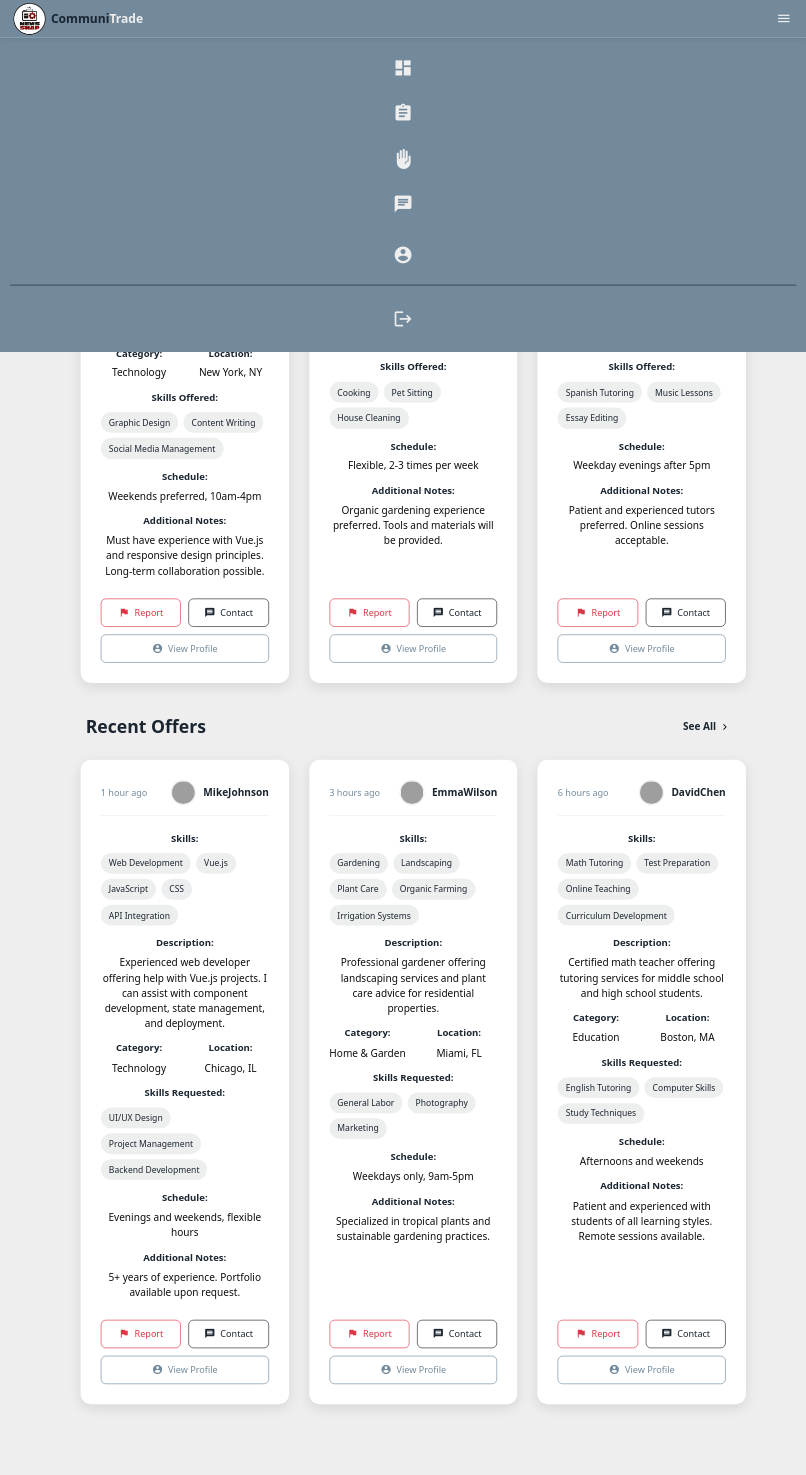
Repository: wholaanmo/news-snap
Page: /
The author's editor kept a copy of each file at every save. The page is drawn from the files as they stood at one save, then again after the next save.
The browser window is 1280 px wide. The pictures show the whole page, at 63% of full size.
Pictures or frames that could not be fetched are drawn as grey boxes. The project was rebuilt for these pictures with package versions that can differ from the ones it lists, and the page was loaded fresh each time.

Above is the page before, as saved 2025-09-30 23:49:37.

After the next save:
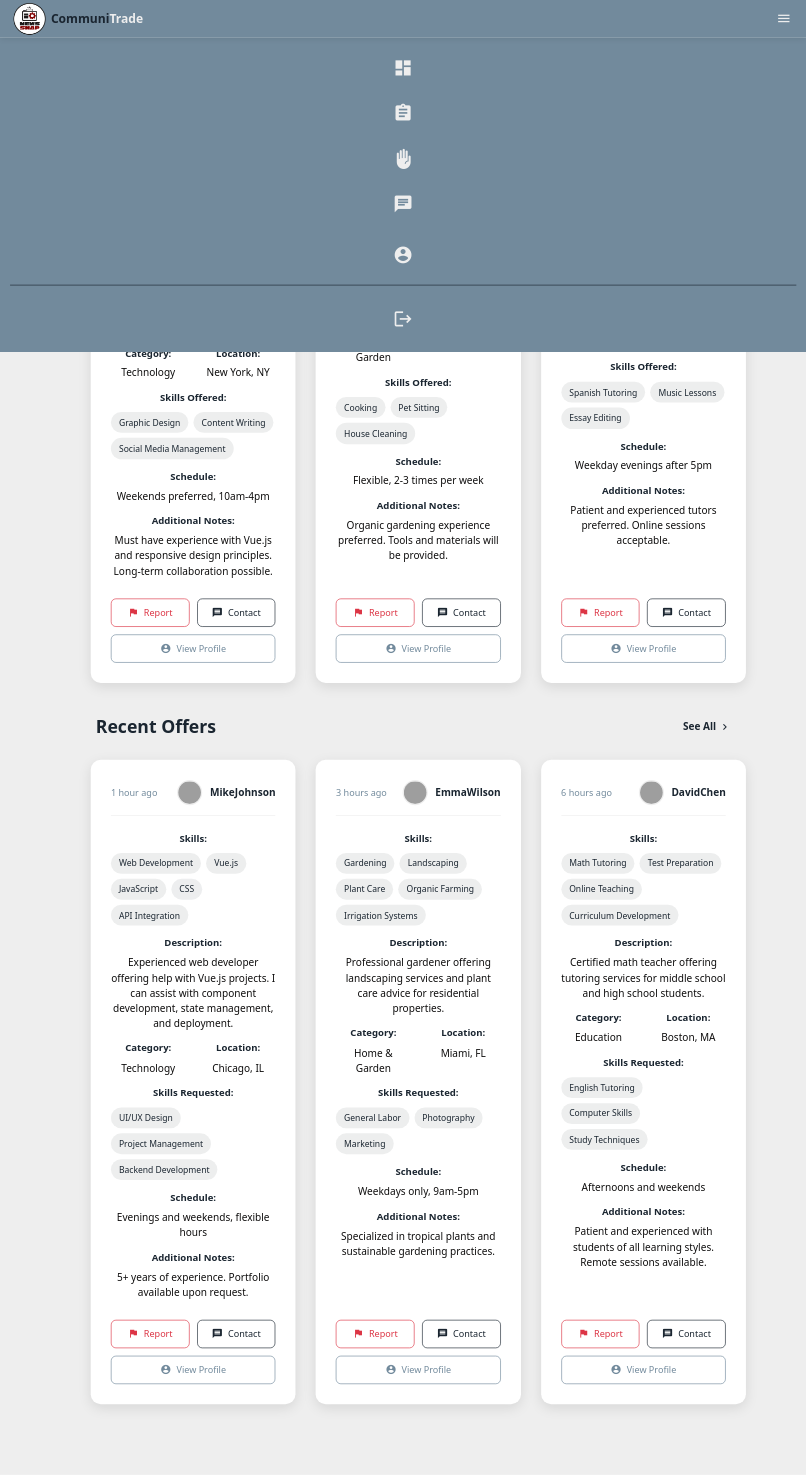
Saved 8 s later.
--- a/src/views/Home.vue
+++ b/src/views/Home.vue
@@ -334,7 +334,7 @@
     padding: 2rem;
     max-width: 1400px;
     margin: 0 auto;
-    margin-left: 4rem;
+    margin-left: 5rem;
     margin-right: 2rem; /* Added equal right margin */
   }
 
